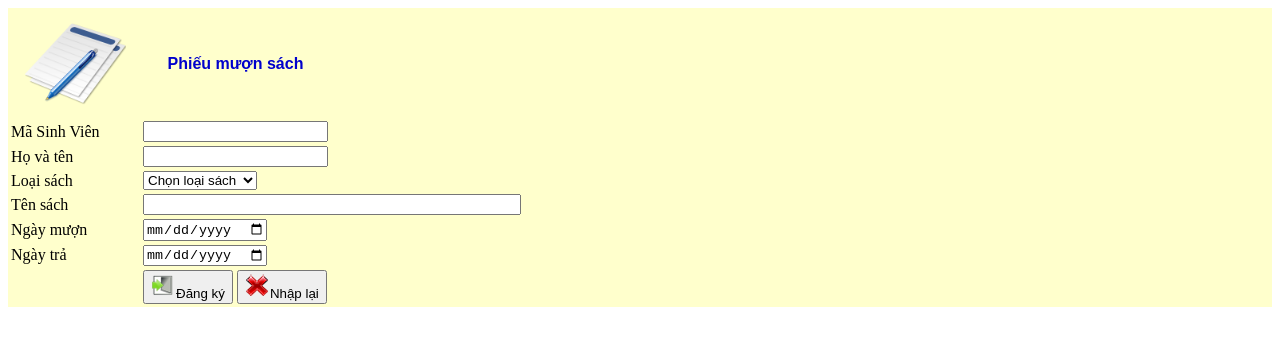
Repository: AnhDuc0125/HTML-Aptech
Page: bt2092-b2/index.html
An editor plug-in stored every save of this project. The page is shown before and after the next save, followed by the edit.
The browser window is 1280 px wide. The pictures show the whole page.

Above is the page before, as saved 2021-12-03 20:45:58.

After the next save:
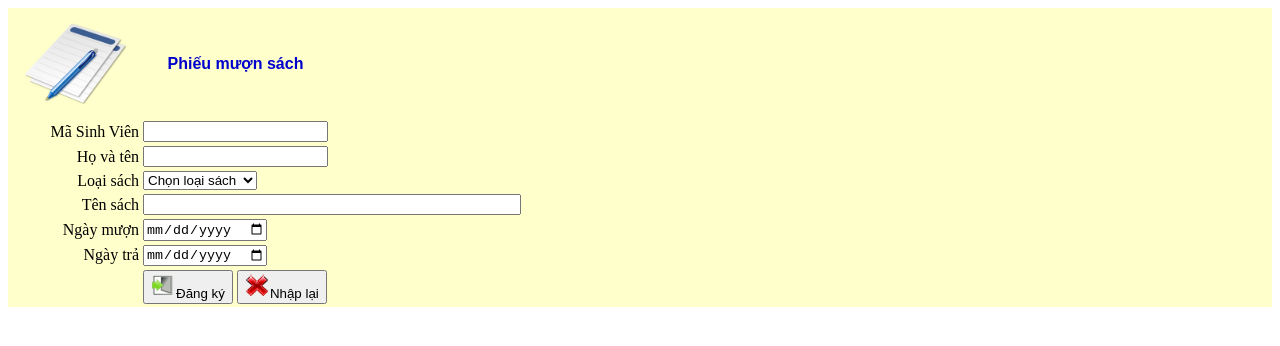
Saved 18 s later.
--- a/bt2092-b2/style.css
+++ b/bt2092-b2/style.css
@@ -16,5 +16,5 @@
 }
 
 label {
-    text-align: right;
+    float: right;
 }
